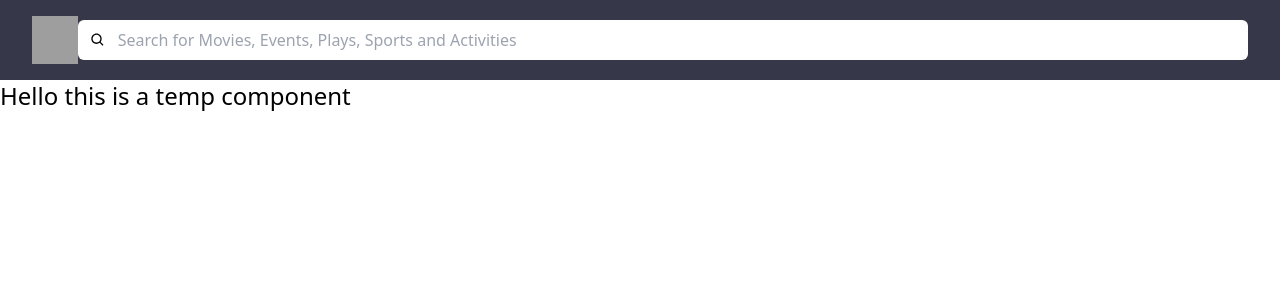
Repository: srush-shah/book-my-show-clone
Page: /
The author's editor kept a copy of each file at every save. The page is drawn from the files as they stood at one save, then again after a run of saves.
The browser window is 1280 px wide. The pictures show the whole page.
Pictures or frames that could not be fetched are drawn as grey boxes. The project was rebuilt for these pictures with package versions that can differ from the ones it lists, and the page was loaded fresh each time.

Above is the page before, as saved 2022-11-23 02:17:32.

After the next 2 saves:
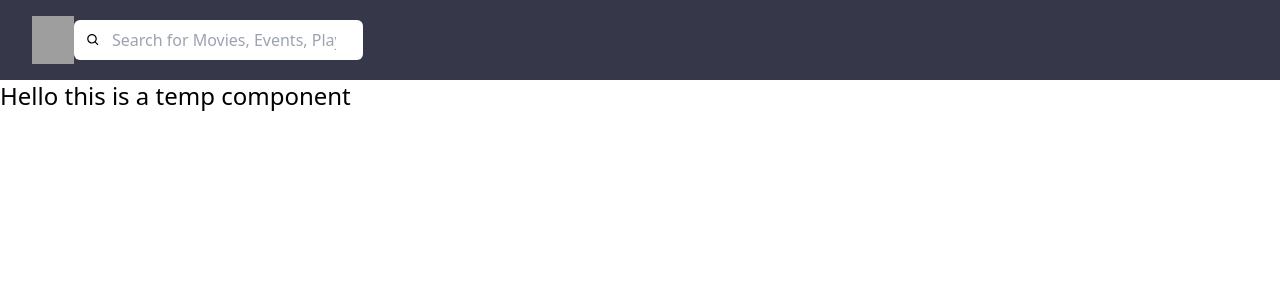
The 2 saves are shown as one change because they came seconds apart.
The last was saved 16 s later.
--- a/src/components/Navbar/navbar.component.jsx
+++ b/src/components/Navbar/navbar.component.jsx
@@ -33,7 +33,7 @@
 const NavLg = () => {
   return (
     <>
-      <div className="container mx-auto px-4">
+      <div className="container mx-auto px-4 flex items-center">
         <div className="flex items-center">
           <div className="w-12 h-12">
             <img

After the 5 saves that followed:
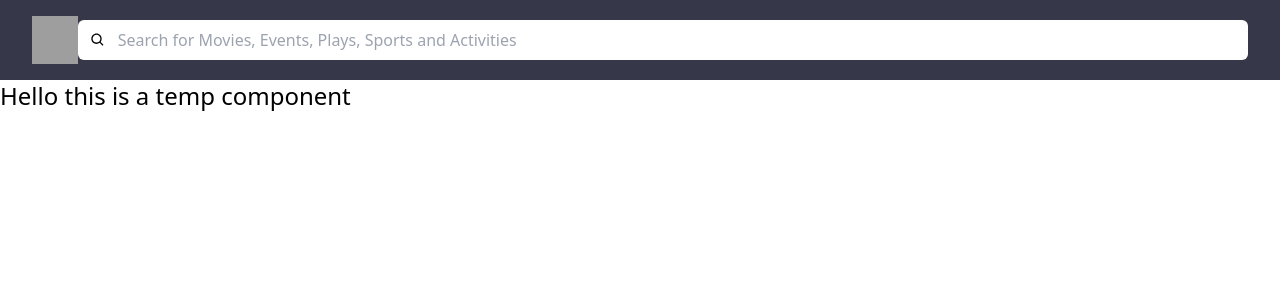
The 5 saves are shown as one change because 3 left the picture as it was and some came seconds apart.
The last was saved 51 s later.
--- a/src/components/Navbar/navbar.component.jsx
+++ b/src/components/Navbar/navbar.component.jsx
@@ -33,7 +33,7 @@
 const NavLg = () => {
   return (
     <>
-      <div className="container mx-auto px-4 flex items-center">
+      <div className="container mx-auto px-4">
         <div className="flex items-center">
           <div className="w-12 h-12">
             <img
